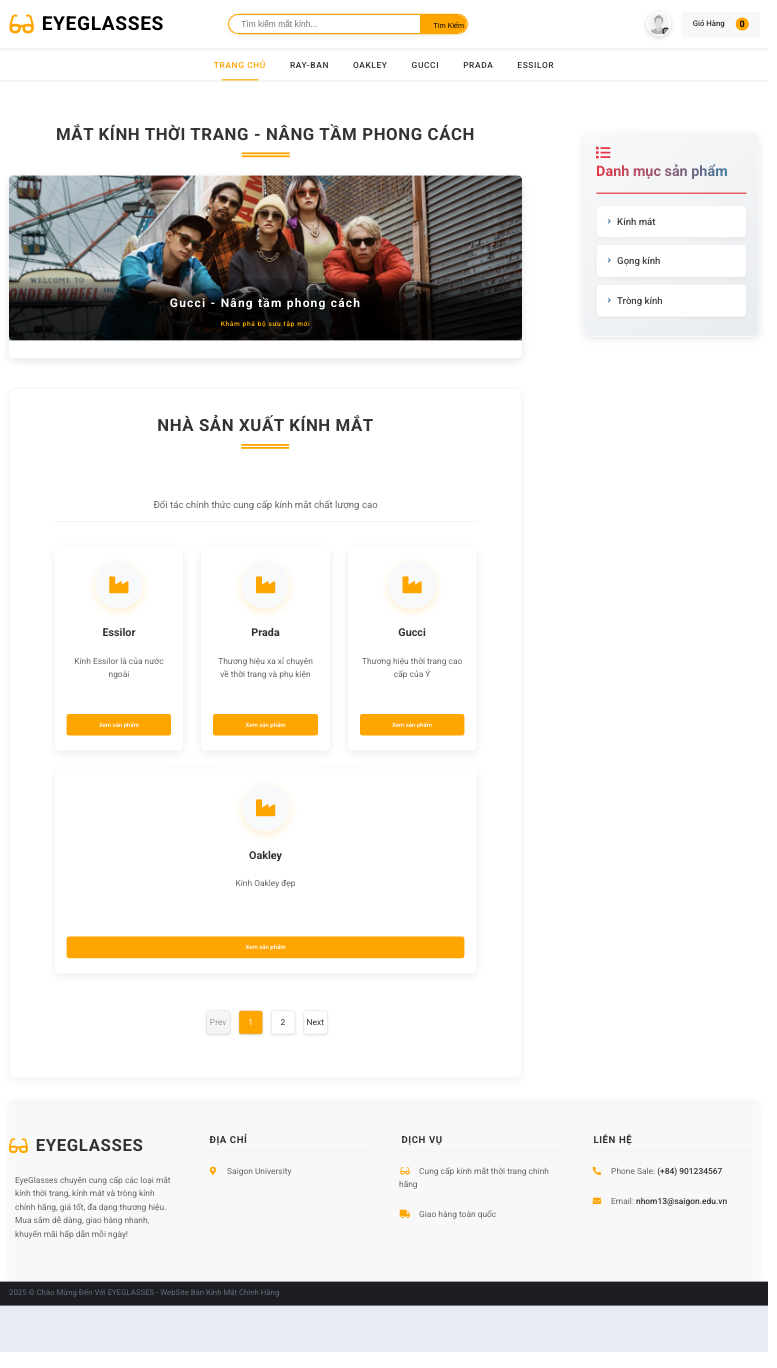
Repository: Giau-svg/glasses-store
Page: http://localhost/index.php?page=2
An editor plug-in stored every save of this project. The page is shown before and after the next save, followed by the edit.
The browser window is 1280 px wide. The page is 1295 px wide, so the pictures cover 1295 px, including what lies to the right of the window. The pictures show the whole page, at 60% of full size.
Some web libraries are served in a nearby version. The page is run by PHP 8.4 with error messages shown; the project is at /var/www/html/. The database holds what the project's SQL file puts in it.

Above is the page before, as saved 2025-05-08 12:40:33.
Console error: ReferenceError: $ is not defined

After the next save:
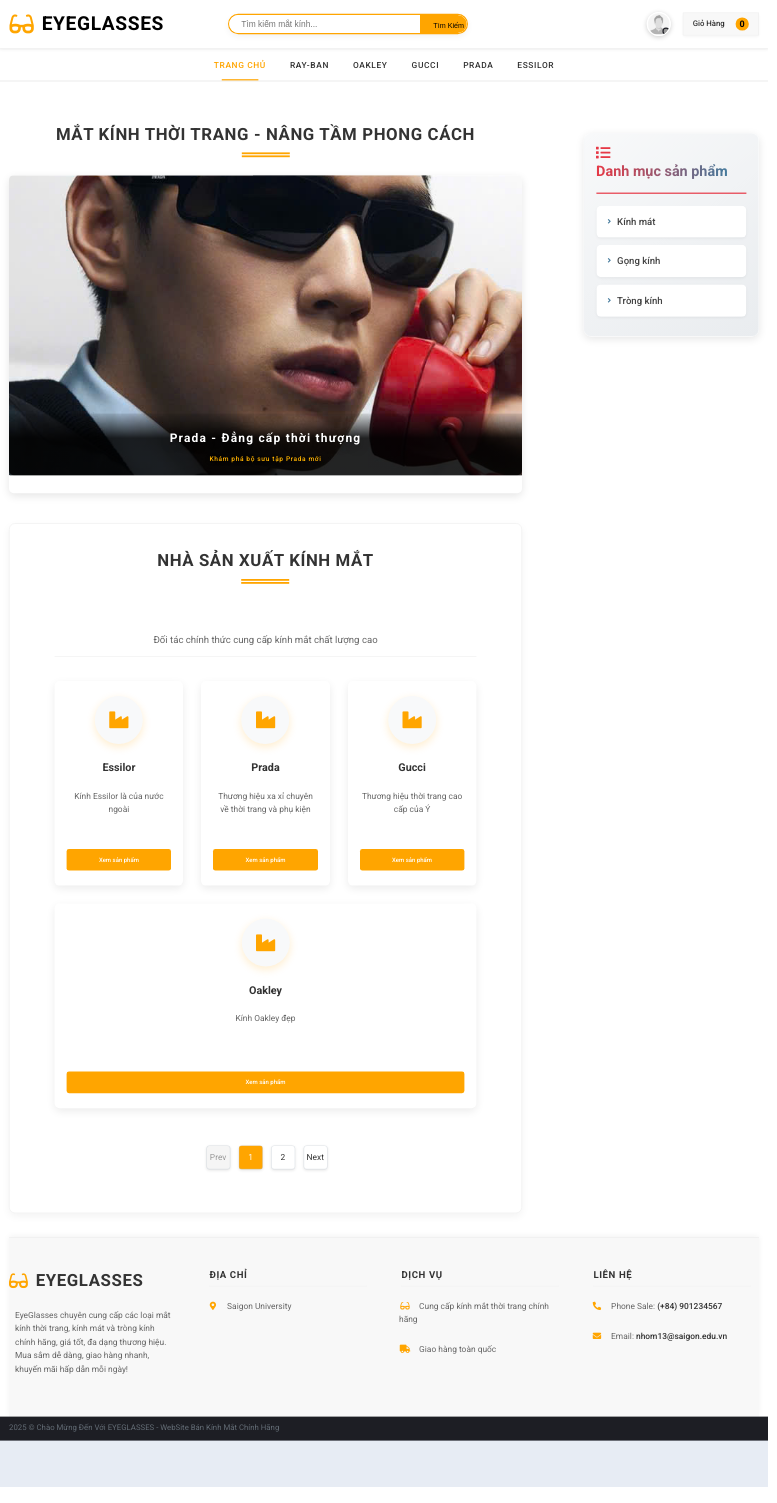
Saved 84 s later.
--- a/partials/slider.php
+++ b/partials/slider.php
@@ -14,14 +14,13 @@
     <div class="slider-wrap slider-slick">
         <div class="brands-img__wrap">
             <a href="view_brand.php?id=3" class="brands__img">
-                <img src="public/img/slide1.jpg" alt="Gucci Slide 1">
+                <img src="public/img/z6579214764760_45c0c06b50e912ed106b51b2bfa94bfa.jpg" alt="Prada Slide 1">
                 <div class="slider-caption">
-                    <h3>Gucci - Nâng tầm phong cách</h3>
-                    <p>Khám phá bộ sưu tập mới</p>
+                    <h3>Prada - Đẳng cấp thời thượng</h3>
+                    <p>Khám phá bộ sưu tập Prada mới</p>
                 </div>
             </a>
         </div>
-        <!-- Thêm nhiều ảnh nếu muốn slider chuyển động -->
     </div>
 </div>
 
